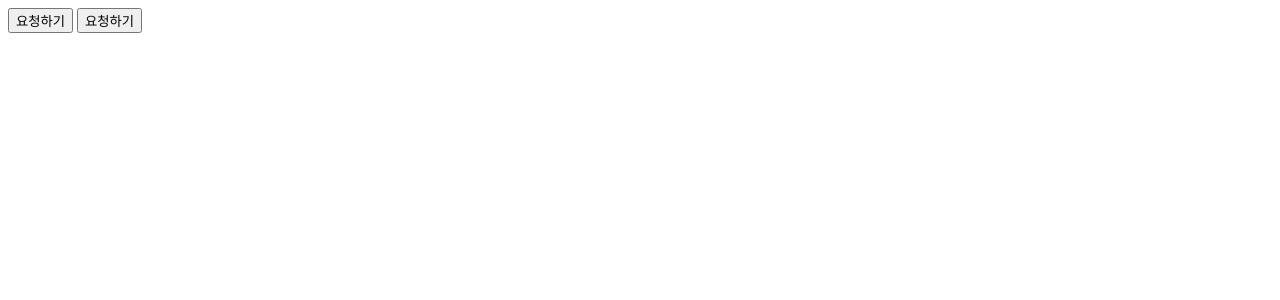
Repository: popconnect/jQuery
Page: http://localhost/AjaxEx01/ajax1.jsp
An editor plug-in stored every save of this project. The page is shown before and after the next save, followed by the edit.
The browser window is 1280 px wide. The pictures show the whole page.
The page is served by Tomcat 9. Other server files are loaded and not shown.

Above is the page before, as saved 2023-05-12 05:12:19.

### AjaxEx01/src/main/webapp/ajax1.jsp
<%@ page language="java" contentType="text/html; charset=UTF-8"
    pageEncoding="UTF-8"%>

<!DOCTYPE html>
<html>
<head>
<meta charset="UTF-8">
<title>Insert title here</title>
<script type="text/javascript">
	window.onload = function() {
		document.getElementById('btn1').onclick = function() {
			alert('버튼클릭');

			const request = new XMLHttpRequest();
			request.open('get', 'csv1.jsp', true);
			request.send();

			console.log(request.responseText)
		};

		document.getElementById('btn2').onclick = function() {
			const request = new XMLHttpRequest();

			console.log("1");
			request.onreadystatechange = function() {
				//console.log(request.readyState);
				if(request.readyState == 4) {
					if(request.status == 200) {
						console.log("2");
						console.log(request.responseText);
					} else {
						alert('페이지 오류');
					}
				}
			};
			request.open('get', 'csv1.jsp', true);
			request.send();

			console.log("3");

			//console.log(request.responseText);
		};
	};
</script>
</head>
<body>
<button id='btn1'> 요청하기 </button>
<button id='btn2'> 요청하기 </button>
</body>
</html>

After the next save:
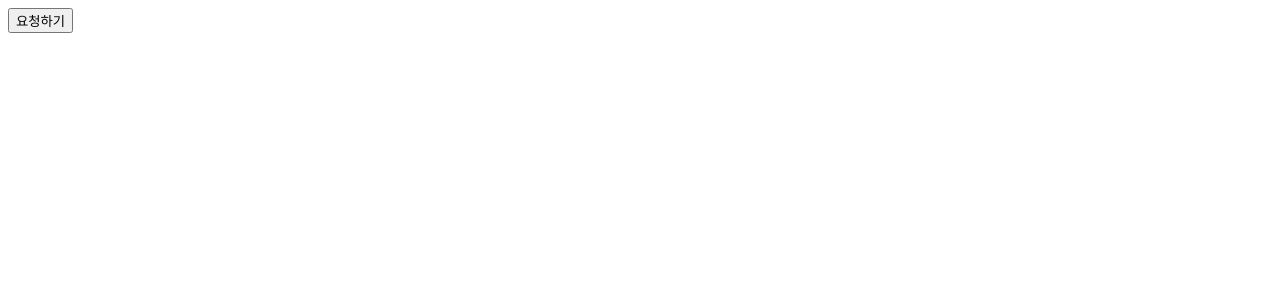
Console error: TypeError: Cannot set properties of null (setting 'onclick')
Saved 23 s later.
--- a/AjaxEx01/src/main/webapp/ajax1.jsp
+++ b/AjaxEx01/src/main/webapp/ajax1.jsp
@@ -21,12 +21,10 @@
 		document.getElementById('btn2').onclick = function() {
 			const request = new XMLHttpRequest();
 
-			console.log("1");
 			request.onreadystatechange = function() {
 				//console.log(request.readyState);
 				if(request.readyState == 4) {
 					if(request.status == 200) {
-						console.log("2");
 						console.log(request.responseText);
 					} else {
 						alert('페이지 오류');
@@ -35,16 +33,12 @@
 			};
 			request.open('get', 'csv1.jsp', true);
 			request.send();
-
-			console.log("3");
-
-			//console.log(request.responseText);
 		};
 	};
 </script>
 </head>
 <body>
-<button id='btn1'> 요청하기 </button>
-<button id='btn2'> 요청하기 </button>
+<button id='btn'> 요청하기 </button>
+
 </body>
 </html>

After the 2 saves that followed:
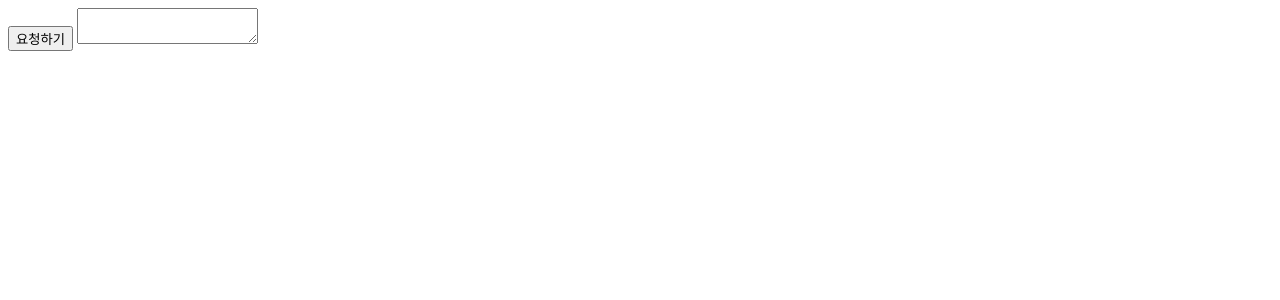
The error is gone.
The 2 saves are shown as one change because 1 left the picture as it was.
The last was saved 3 min 19 s later.
--- a/AjaxEx01/src/main/webapp/ajax1.jsp
+++ b/AjaxEx01/src/main/webapp/ajax1.jsp
@@ -8,24 +8,15 @@
 <title>Insert title here</title>
 <script type="text/javascript">
 	window.onload = function() {
-		document.getElementById('btn1').onclick = function() {
-			alert('버튼클릭');
-
-			const request = new XMLHttpRequest();
-			request.open('get', 'csv1.jsp', true);
-			request.send();
-
-			console.log(request.responseText)
-		};
-
-		document.getElementById('btn2').onclick = function() {
+		document.getElementById('btn').onclick = function() {
 			const request = new XMLHttpRequest();
 
 			request.onreadystatechange = function() {
 				//console.log(request.readyState);
 				if(request.readyState == 4) {
 					if(request.status == 200) {
-						console.log(request.responseText);
+						//console.log(request.responseText);
+						document.getElementById('ta').value = request.responseText;
 					} else {
 						alert('페이지 오류');
 					}
@@ -39,6 +30,6 @@
 </head>
 <body>
 <button id='btn'> 요청하기 </button>
-
+<textarea id ='ta' rows="" cols=""></textarea>
 </body>
 </html>
